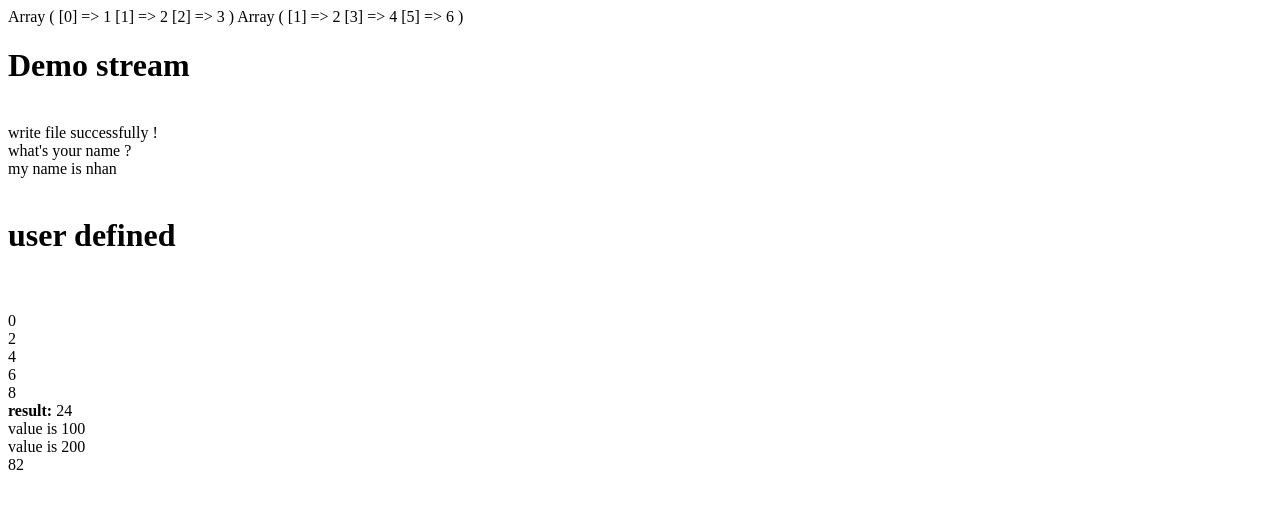
Repository: HoangLinh2001/PHP
Page: http://localhost/demoFunction.php
These files come from the project's save history. The page is drawn as it stood at one moment and after the next save; the edit follows.
The browser window is 1280 px wide. The pictures show the whole page.
The page is run by PHP 8.4 with error messages shown; the project is at /var/www/html/.

Above is the page before, as saved 2023-06-20 19:18:39.

### DEMOPHPBUOI2/demoFunction.php
<?php
$myArray = [1, 2, 3, 4, 5];
array_push($myArray, 6, 7);
array_pop($myArray);
array_shift($myArray);
array_unshift($myArray, 9);
$array2 = [4, 8, 3];
$mergedArray = array_merge($myArray, $array2);
$myArray2 = [1, 2, 3, 4, 5];
$sliceArray = array_slice($myArray2, 0, 3);
print_r($sliceArray);
// array filter
$filterNumber = array_filter($myArray, function ($num) {
    return $num % 2 == 0;
});
print_r($filterNumber);
echo "<br> <h1>Demo stream</h1> <br/>";
$filePath = "example.txt";
// write content to the file
$fileHandle = fopen($filePath, "w");
if ($fileHandle) {
    $contentToWrite = "<br>what's your name ? <br> my name is nhan \n";
    fwrite($fileHandle, $contentToWrite);
    fclose($fileHandle);
    echo "write file successfully ! \n";
} else {
    echo "fail to open the file for writing \n";
}

// read the content from the file
$fileHandle = fopen($filePath, "r");
if ($fileHandle) {
    while (($line = fgets($fileHandle)) !== false) {
        echo $line . "<br/>";
    }
    fclose($fileHandle);
} else {
    echo "fail to open the file for reading";
}

echo "<br><h1>user defined </h1></br>";
function even_number()
{
    for ($i = 0; $i < 10; $i++) {
        if ($i % 2 == 0) {
            echo "<br>", $i;
        }
    }
}

even_number();

function number($num1, $num2, $num3)
{
    $result = $num1 * $num2 * $num3;
    echo "<br> <b>result: </b>", $result;
}

number(2, 3, 4);

//default argument value
function value(int $number = 100)
{
    echo "</br> value is ", $number;
}
value();
value(200);

// return type
function add_number(float $a, float $b): int
{
    $c = $a + $b;
    return $c;
}

echo "<br>" . add_number(5.5, 3.3);

// argument reference
function add($value)
{
    $value += 10;
}
$num_result = 2;
add($num_result);
echo $num_result;
?>

### DEMOPHPBUOI2/example.txt
what's your name ?
hello

After the next save:
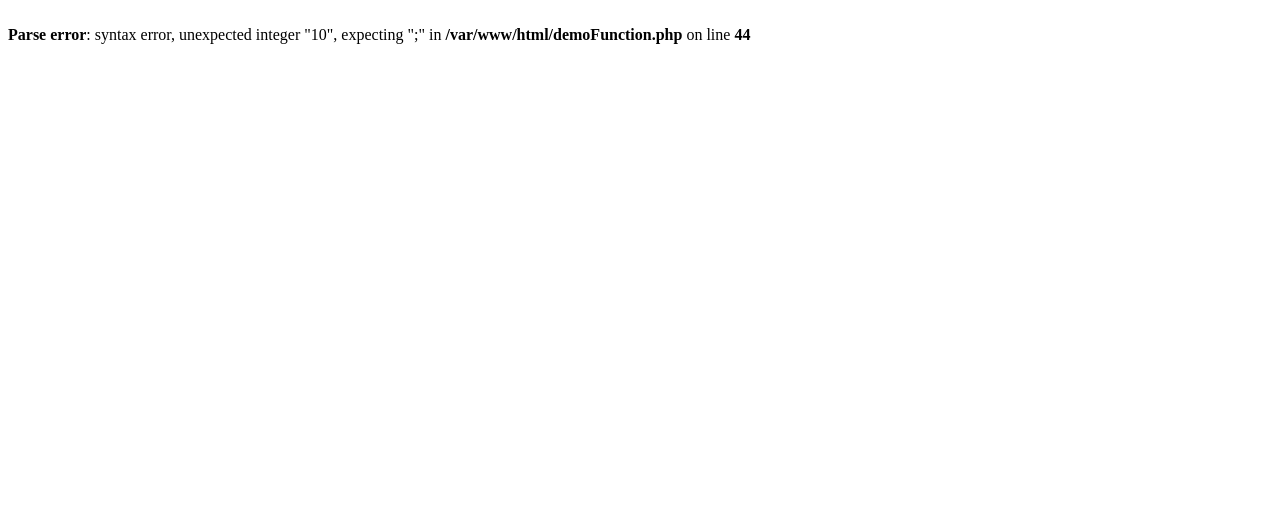
Saved 23 s later.
--- a/DEMOPHPBUOI2/demoFunction.php
+++ b/DEMOPHPBUOI2/demoFunction.php
@@ -41,7 +41,7 @@ if ($fileHandle) {
 echo "<br><h1>user defined </h1></br>";
 function even_number()
 {
-    for ($i = 0; $i < 10; $i++) {
+    for ($i = 0; $i <br 10; $i++) {
         if ($i % 2 == 0) {
             echo "<br>", $i;
         }
@@ -82,5 +82,5 @@ function add($value)
 }
 $num_result = 2;
 add($num_result);
-echo $num_result;
+echo "</br> num result: ".$num_result;
 ?>
